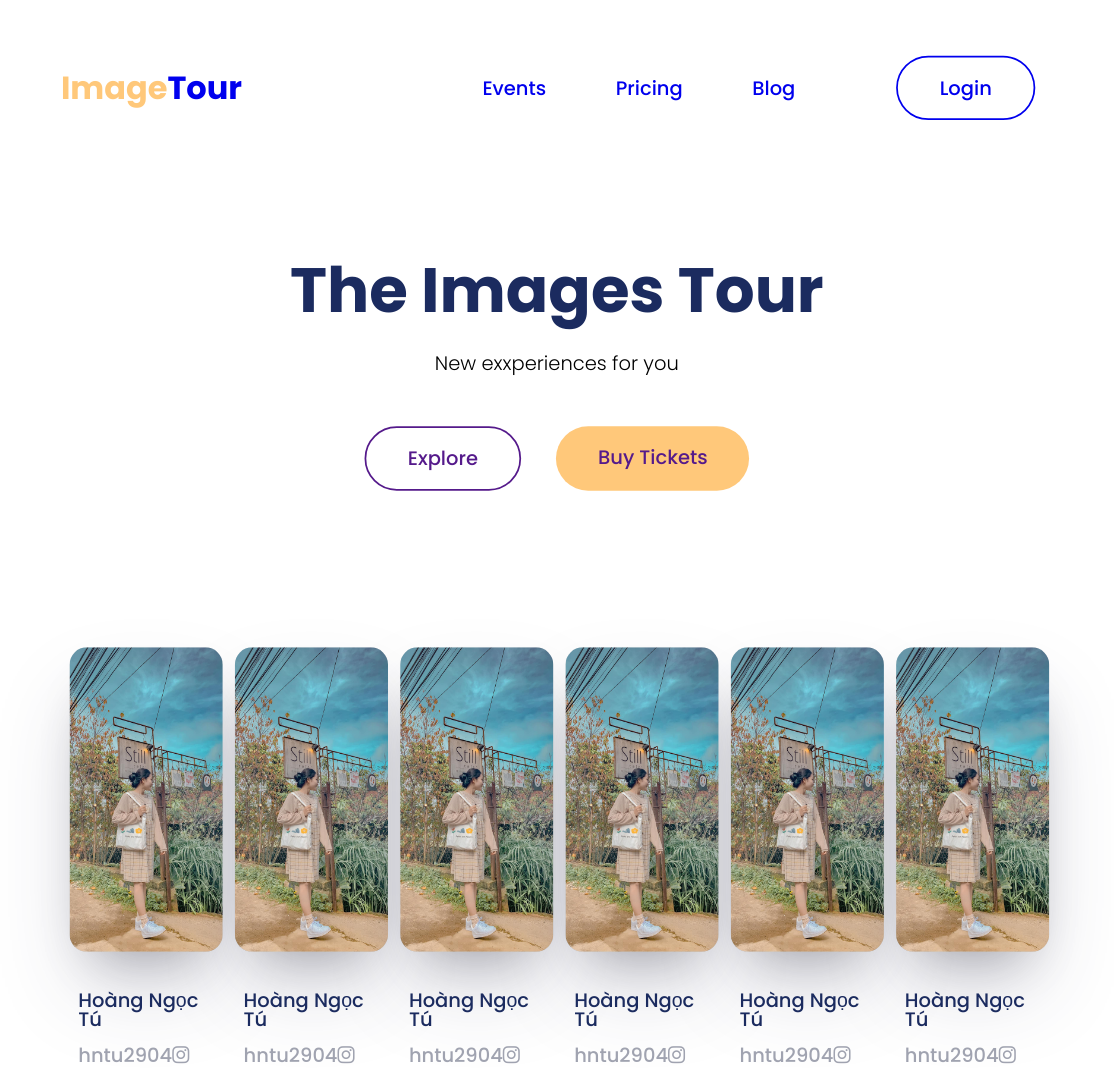
Repository: lausamtuong/Cut-psd-to-html
Page: index.html
These files come from the project's save history. The page is drawn as it stood at one moment and after a run of saves; the edit follows.
The browser window is 1280 px wide. The pictures show the whole page, at 87% of full size.
Some web libraries are served in a nearby version. The style sheet was rebuilt from its Sass, Less or Tailwind sources for each picture, by a compiler version that may differ from the author's.

Above is the page before, as saved 2021-12-07 08:07:05.

After the next 2 saves:
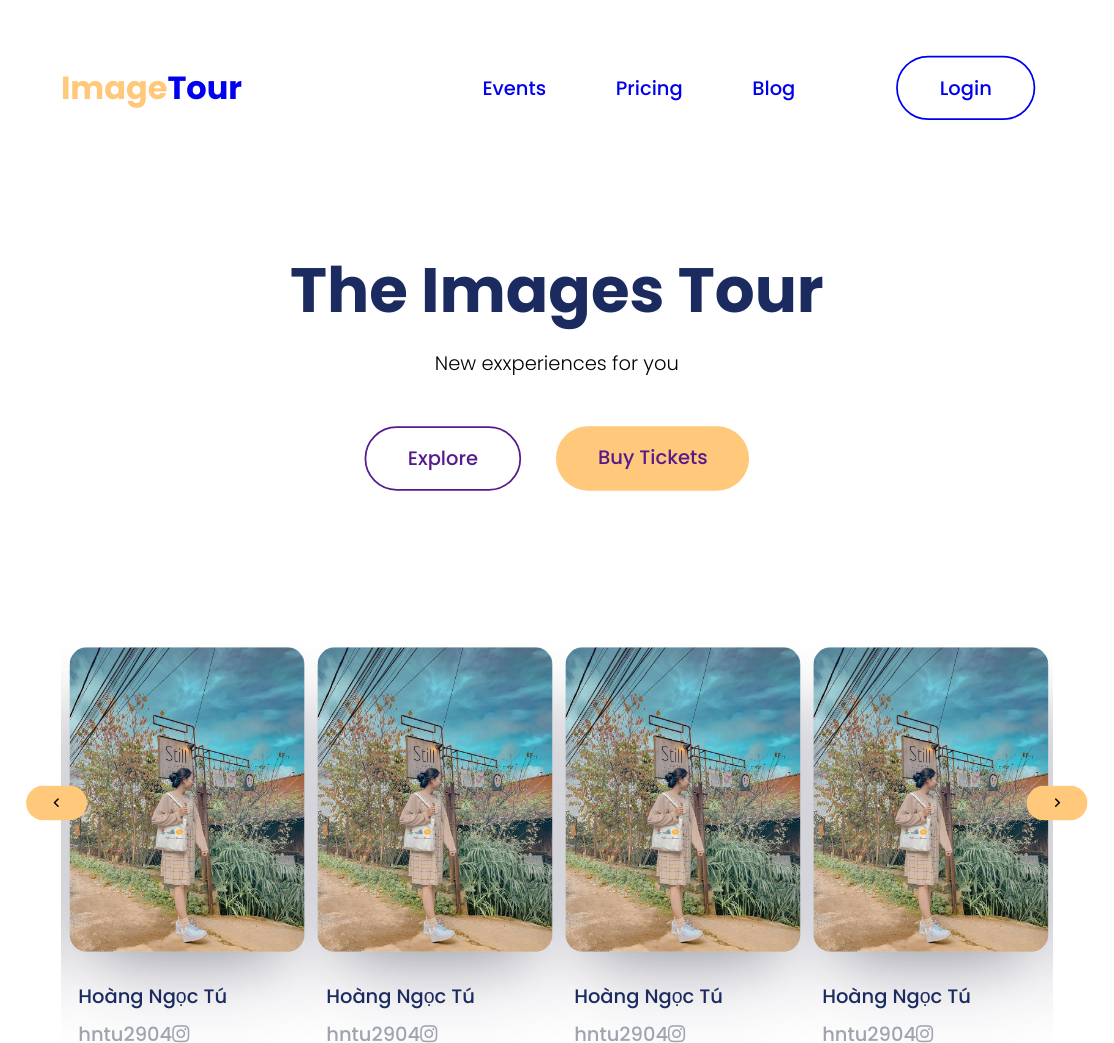
The 2 saves are shown as one change because they came seconds apart.
The last was saved 17 s later.
--- a/app.js
+++ b/app.js
@@ -1,14 +1,4 @@
-$(document).ready(function(){
-    $('.category-list').slick({
-        infinite: true,
-        slidesToShow: 4,
-        autoplay: false,
-        autoplaySpeed: 1000,
-        prevArrow:"<button type='button' class='slick-prev slick-arrow'><i class='fa fa-angle-left' aria-hidden='true'></i></button>",
-        nextArrow:"<button type='button' class='slick-next slick-arrow'><i class='fa fa-angle-right' aria-hidden='true'></i></button>"
 
-    });
-  });
   function Component(Props){
       return (
          <React.Fragment >
@@ -37,3 +27,14 @@
   }
 
   ReactDOM.render(<App/>,document.querySelector(".category-list"))
+  $(document).ready(function(){
+    $('.category-list').slick({
+        infinite: true,
+        slidesToShow: 4,
+        autoplay: false,
+        autoplaySpeed: 1000,
+        prevArrow:"<button type='button' class='slick-prev slick-arrow'><i class='fa fa-angle-left' aria-hidden='true'></i></button>",
+        nextArrow:"<button type='button' class='slick-next slick-arrow'><i class='fa fa-angle-right' aria-hidden='true'></i></button>"
+
+    });
+  });
